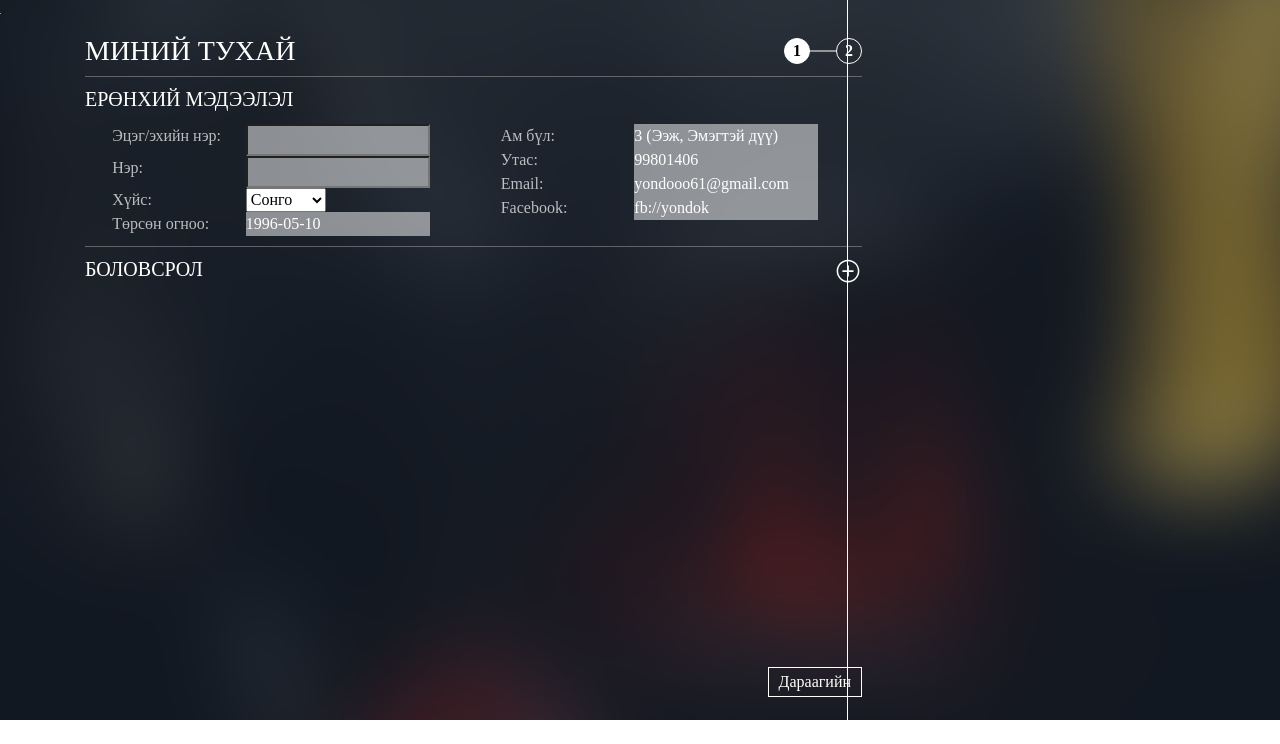
Repository: Yondo202/svProject
Page: /
The author's editor kept a copy of each file at every save. The page is drawn from the files as they stood at one save, then again after the next save.
The browser window is 1280 px wide. The pictures show the whole page.
The project was rebuilt for these pictures with package versions that can differ from the ones it lists, and the page was loaded fresh each time. The framework's server and built-in components were replaced by stand-ins that run in the browser. Also part of the build but not shown: next.config.js, style/style.scss.

Above is the page before, as saved 2020-11-20 01:23:46.

After the next save:
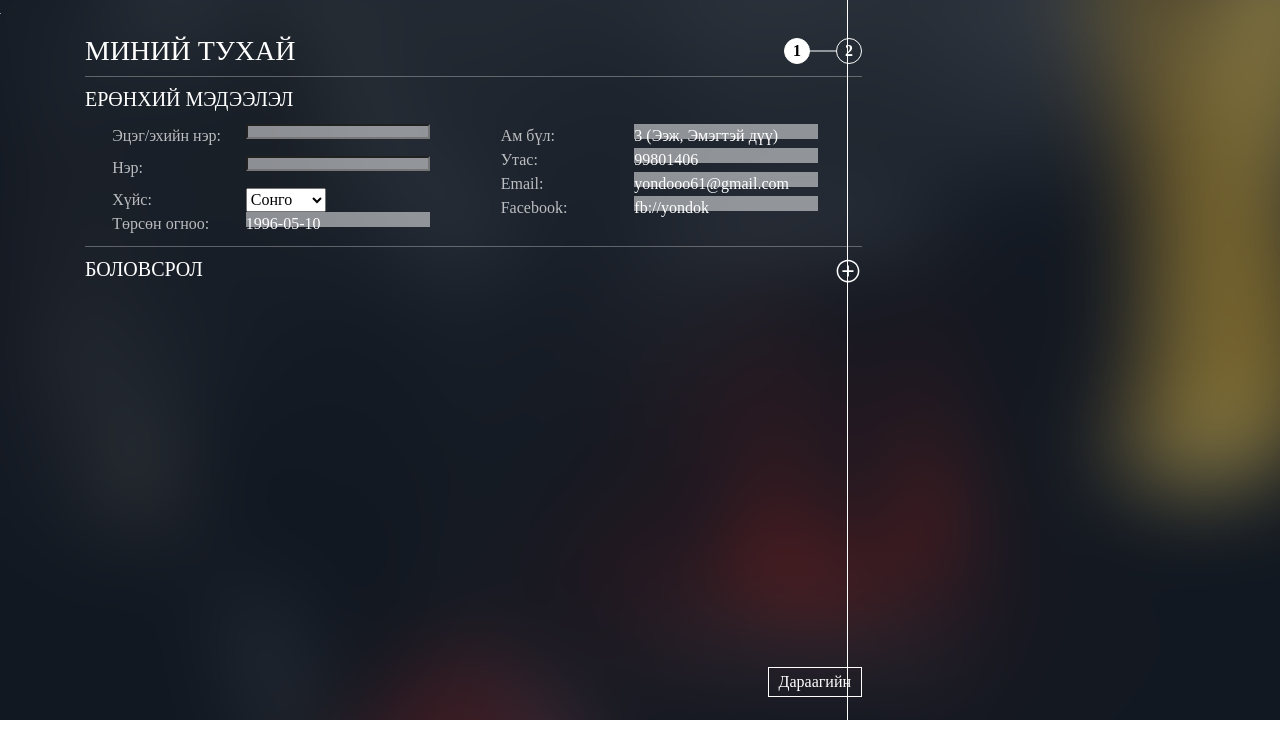
Saved 43 s later.
--- a/components/form1.js
+++ b/components/form1.js
@@ -145,6 +145,7 @@ const Conainer = styled.div`
                  .val{
                     width:55%;
                     background:rgba(255,255,255, 0.5);
+                    height:15px;
                  }
              }
          }
